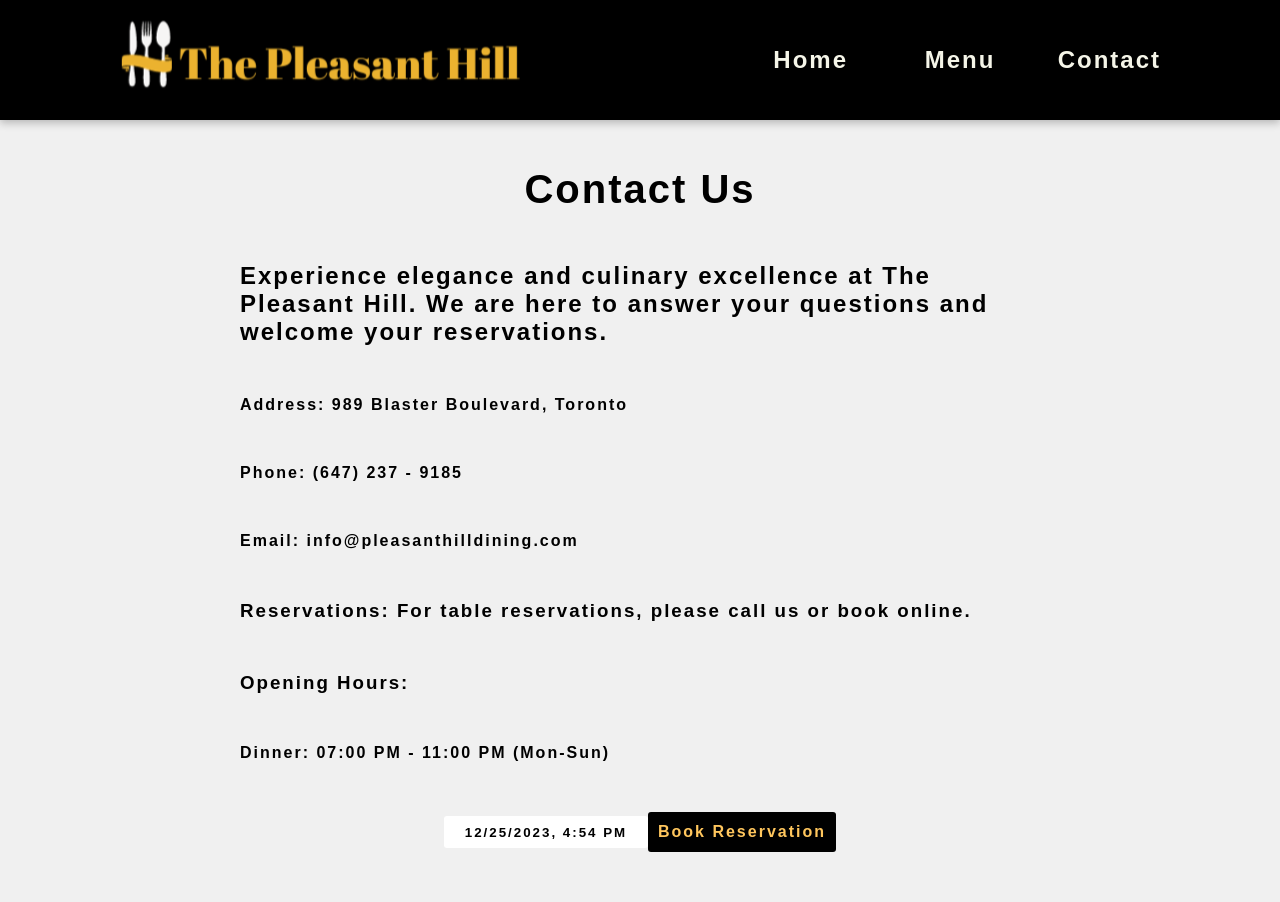
Repository: shayanabedi98/pleasant-hill-restaurant
Page: /, after clicking the first element matching `ul > :nth-child(3)`
The author's editor kept a copy of each file at every save. The page is drawn from the files as they stood at one save, then again after the next save.
The browser window is 1280 px wide. The pictures show the part of the page from y = 0 to 902 px (the page is 1302 px tall).
Pictures or frames that could not be fetched are drawn as grey boxes. Some web fonts or font styles are not loaded; a fallback is used. The project was rebuilt for these pictures with package versions that can differ from the ones it lists, and the page was loaded fresh each time. Also part of the build but not shown: vite.config.js, src/components/MenuList.jsx, src/components/Appetizers.jsx, src/components/Entrees.jsx, src/components/Desserts.jsx, src/components/Drinks.jsx, src/components/Menu.jsx, src/index.css.

Above is the page before, as saved 2024-01-08 16:56:49.

### index.html
<!doctype html>
<html lang="en">
  <head>
    <meta charset="UTF-8" />
    <link rel="icon" type="image/svg+xml" href="/vite.svg" />
    <meta name="viewport" content="width=device-width, initial-scale=1.0" />
    <link rel="preconnect" href="https://fonts.googleapis.com">
    <link rel="preconnect" href="https://fonts.gstatic.com" crossorigin>
    <link href="https://fonts.googleapis.com/css2?family=Italiana&display=swap" rel="stylesheet">
    <title></title>
  </head>
  <body>
    <div id="root"></div>
    <script type="module" src="/src/main.jsx"></script>
  </body>
</html>

### src/App.jsx
import { useState } from "react";
import Contact from "./components/Contact";
import Home from "./components/Home";
import Menu from "./components/Menu";
import Navbar from "./components/Navbar";
import "./App.css";

function App() {
  const [activeDiv, setActiveDiv] = useState({
    home: true,
    menu: false,
    contact: false,
  });

  const renderDiv = (clickedItem) => {
    setActiveDiv({
      home: clickedItem === 'home',
      menu: clickedItem === 'menu',
      contact: clickedItem === 'contact'
    })
  }

  return (
    <>
      <Navbar onClick={renderDiv} />
      {activeDiv.home && <Home />}
      {activeDiv.menu && <Menu />}
      {activeDiv.contact && <Contact />}
    </>
  );
}

export default App;

### src/components/Contact.jsx
import React, { useState } from "react";
import DatePicker from "react-datepicker";
import "react-datepicker/dist/react-datepicker.css";

const Contact = () => {
  const [startDate, setStartDate] = useState(new Date());

  const startOfDay = new Date();
  startOfDay.setHours(19, 0, 0, 0);
  const endOfDay = new Date();
  endOfDay.setHours(23, 0, 0, 0);

  return (
    <div className="contact">
      <h1>Contact Us</h1>
      <h2>Experience elegance and culinary excellence at The Pleasant Hill. We are here to answer your questions and welcome your reservations.</h2>
      <p>Address: 989 Blaster Boulevard, Toronto</p>
      <p>Phone: (647) 237 - 9185</p>
      <p>Email: info@pleasanthilldining.com</p>
      <h3>Reservations: For table reservations, please call us or book online.</h3>
      <h3>Opening Hours:</h3>
      <p>Dinner: 07:00 PM - 11:00 PM (Mon-Sun)</p>
      <DatePicker
        selected={startDate}
        onChange={(date) => setStartDate(date)}
        minDate={startDate}
        minTime={startOfDay}
        maxTime={endOfDay}
        showTimeSelect
        dateFormat="Pp"
      />
      <button>Book Reservation</button>
      <div className="iframe-div">
        <iframe
          className="map"
          src="https://www.google.com/maps/embed?pb=!1m18!1m12!1m3!1d721.6078904512414!2d-79.3904640303319!3d43.65999366841537!2m3!1f0!2f0!3f0!3m2!1i1024!2i768!4f13.1!3m3!1m2!1s0x882b34b7cf806435%3A0x842c90518fb9fea1!2s109%20College%20St%2C%20Toronto%2C%20ON%20M5G%201L6!5e0!3m2!1sen!2sca!4v1703711320331!5m2!1sen!2sca"
          width="800"
          height="400"
          style={{ border: 0 }}
        ></iframe>
      </div>
    </div>
  );
};

export default Contact;

### src/components/Home.jsx
import React from 'react'
import aboutImg from '../assets/about.jpg'
import toronto from '../assets/toronto.jpg'
import '../assets/banner.jpg'

const Home = () => {
  return (
    <div className='home'>
      <div className='banner-content'>
        <h1>Dine in luxury at The Pleasant Hill</h1>
        <div className='banner-buttons'>
          <button>View Menu</button>
          <button>Book Reservation</button>
        </div>
      </div>
      <div className="about">
        <div className='about1'>
          <img src={aboutImg} alt="zoomed in picture of a dining table with utensils" />
          <h2>Indulge in the Epitome of Gastronomic Luxury at The Pleasant Hill, Toronto's premier dining establishment where every dish promises an adventure for the senses. Experience the pinnacle of culinary artistry in the heart of Ontario. Each dish is a masterpiece, composed of the finest locally-sourced ingredients and presented with the elegance worthy of royalty.</h2>
        </div>

        <div className="about2">
          <p>Nestled in the heart of Toronto, Ontario, The Pleasant Hill offers an oasis of culinary refinement in a world bustling with activity. This luxurious haven of gastronomy is not just a restaurant; it is a destination where the art of fine dining is celebrated, and every meal is an exquisite journey. With its opulent ambiance, The Pleasant Hill invites patrons to indulge in a symphony of flavors crafted by world-renowned chefs. Our sommelier-curated wine selection complements the epicurean delights, featuring rare vintages and sought-after labels from the most esteemed vineyards. At The Pleasant Hill, we believe that a meal should be a cherished moment, a time to savor the luxuries that life has to offer. We take pride in creating an unforgettable experience that begins with a warm welcome and lingers long after the last decadent dessert is enjoyed. Come, be our guest and immerse yourself in the pinnacle of Toronto's dining scene.</p>
          <img src={toronto} alt="Toronto skyline" />
        </div>
      </div>
    </div>
  )
}

export default Home

### src/components/Navbar.jsx
import React from "react";
import logo from "../assets/logo2.png";

const Navbar = ({ onClick }) => {
  return (
    <div className="navbar">
      <img src={logo} alt="" />
      <ul>
        <li onClick={() => onClick("home")}>Home</li>
        <li onClick={() => onClick("menu")}>Menu</li>
        <li onClick={() => onClick("contact")}>Contact</li>
      </ul>
    </div>
  );
};

export default Navbar;

### src/App.css
* {
  font-family: "Italiana", sans-serif;
  font-weight: 600;
  letter-spacing: 2px;
}

body {
  padding: 0px;
  margin: 0px;
}

.navbar {
  background-color: black;
  display: grid;
  grid-template-columns: 1fr 1fr;
  place-items: center;
  align-content: center;
  height: 120px;
  box-shadow: rgba(0, 0, 0, 0.24) 0px 3px 8px;
  z-index: 2;
  position: fixed;
  width: 100%;
  top: 0;
}

.navbar ul li {
  list-style: none;
  font-size: 24px;
  text-align: center;
  color: rgb(245, 245, 232);
  background-color: black;
}

.navbar ul {
  display: grid;
  width: 70%;
  grid-template-columns: 1fr 1fr 1fr;
  padding: 0px;
  margin: 0px;
}

.navbar ul li:hover {
  cursor: pointer;
  background-color: #aa9c66;
}

.banner-content {
  background: url("./assets/banner.jpg");
  background-attachment: fixed;
  height: 980px;
  display: grid;
  place-items: center;
}

.banner-content h1 {
  position: relative;
  top: 200px;
  font-size: 70px;
  color: #ffffff;
}

.banner-buttons {
  position: relative;
  top: -150px;
  display: grid;
  grid-template-columns: 1fr 1fr;
  gap: 50px;
}

.banner-buttons button {
  width: 170px;
  height: 70px;
  font-size: 20px;
  border: none;
  background-color: #aa9c66;
  color: #ffffff;
  cursor: pointer;
  box-shadow: rgba(50, 50, 93, 0.25) 0px 13px 27px -5px,
    rgba(0, 0, 0, 0.3) 0px 8px 16px -8px;
}

.about {
  box-shadow: rgba(0, 0, 0, 0.1) 0px 4px 6px -1px,
    rgba(0, 0, 0, 0.06) 0px 2px 4px -1px;
  width: 1220px;
  margin: 70px auto;
  padding: 40px;
  text-align: start;
  background-color: #f0f0f0;
}

.about1,
.about2 {
  display: grid;
  grid-template-columns: 1fr 1fr;
  place-items: center;
  width: 1200px;
  margin: 70px auto;
  padding: 25px;
  line-height: 35px;
}

.about img {
  height: 550px;
  width: 550px;
  object-fit: cover;
}

.menu {
  background-color: #f0f0f0;
  width: 1220px;
  padding: 40px;
  margin: 120px auto;
  box-shadow: rgba(0, 0, 0, 0.1) 0px 4px 6px -1px,
    rgba(0, 0, 0, 0.06) 0px 2px 4px -1px;
}

.card-container {
  display: grid;
  gap: 20px;
  grid-template-columns: repeat(3, 1fr);
  place-items: center;
  color: #aa9c66;
  width: 1200px;
  margin: auto;
}

.menu-imgs {
  width: 300px;
  margin: 30px 30px 30px 30px;
  border-radius: 5%;
}

.menu-desc {
  text-align: center;
  font-weight: 600;
  padding-left: 20px;
  padding-right: 20px;
}

.menu-names {
  font-size: 25px;
  text-decoration: underline;
  color: rgb(158, 152, 96);
}

.card {
  width: 370px;
  min-height: 400px;
  cursor: pointer;
  box-shadow: 0 13px 27px -5px hsla(240, 30.1%, 28%, 0.25),
    0 8px 16px -8px hsla(0, 0%, 0%, 0.3), 0 -6px 16px -6px hsla(0, 0%, 0%, 0.03);
  transition: all ease 200ms;
  display: grid;
  place-items: center;
  grid-template-rows: 1fr 0.3fr 0.3fr;
  background-color: black;
  border-radius: 1rem;
  overflow: hidden;
}

.card:hover {
  cursor: pointer;
  transform: scale(1.03);
  box-shadow: 0 13px 40px -5px hsla(240, 30.1%, 28%, 0.12),
    0 8px 32px -8px hsla(0, 0%, 0%, 0.14),
    0 -6px 32px -6px hsla(0, 0%, 0%, 0.02);
}

.menu-desc,
.menu-names {
  background-color: black;
}

.menu h2 {
  text-align: center;
  font-size: 35px;
  margin: 60px 0 60px 0;
}

.menu h1 {
  text-align: center;
  font-size: 40px;
}

.menu-top-p {
  text-align: center;
  font-size: 23px;
  width: 1200px;
  margin: 70px auto;
}

.contact {
  background-color: #f0f0f0;
  width: 1200px;
  margin: 100px auto;
  height: 730px;
  padding: 40px;
  text-align: center;
}

.contact h1 {
  text-align: center;
  width: 1200px;
  font-size: 40px;
}

.contact p,
.contact h2,
.contact h3 {
  text-align: start;
  width: 800px;
  margin: 50px auto;
}

.react-datepicker {
  border: none;
  border-radius: 10px;
  box-shadow: 0 4px 8px rgba(0, 0, 0, 0.1);
}

.contact input {
  width: 200px;
  height: 30px;
  border: none;
  border-radius: 3px;
  text-align: center;
  font-family: sans-serif;
}

.react-datepicker__header {
  background-color: #4a90e2;
  color: white;
}

.react-datepicker__day-name {
  color: #333;
}
.react-datepicker__day,
.react-datepicker__day-name {
  width: 2.5rem;
  line-height: 2.5rem;
  margin: 0.166rem;
  border-radius: 50%;
}

.react-datepicker__day--selected {
  background-color: #c2ab4f;
  color: white;
}

.react-datepicker__day:hover {
  background-color: #aa9c66;
}

.react-datepicker__time-container {
  width: 120px;
}

.react-datepicker__time-box {
  width: 120px !important;
}

.contact button {
  height: 40px;
  cursor: pointer;
  border: none;
  background-color: black;
  color: rgb(255, 198, 93);
  font-size: 16px;
  padding: 10px;
  border-radius: 3px;
}

.iframe-div {
  margin: 50px auto;
  display: flex;
  justify-content: center;
  align-items: center;
  height: 400px;
}

@media only screen and (max-width: 1300px) {
  .about {
    width: 100%;
    padding: 0;
  }

  .about1,
  .about2 {
    grid-template-rows: 1fr 1fr;
    grid-template-columns: none;
  }

  .about1 {
    margin: 0;
    padding-top: 50px;
  }

  .about1 img {
    width: 500px;
    height: 300px;
  }

  .about1 h2 {
    font-size: 20px;
    margin: 50px 40px 40px 40px;
    text-align: center;
  }

  .about2 img {
    order: -1;
    width: 600px;
    height: 400px;
  }

  .about2 p {
    text-align: center;
    font-size: 15px;
  }

  .banner-content {
    width: 100%;
  }

  .home {
    width: 100%;
  }

  .home h1 {
    font-size: 45px;
  }

  .banner-buttons button {
    width: 170px;
  }
}

Loaded but not shown: src/main.jsx (common file)

After the next save:
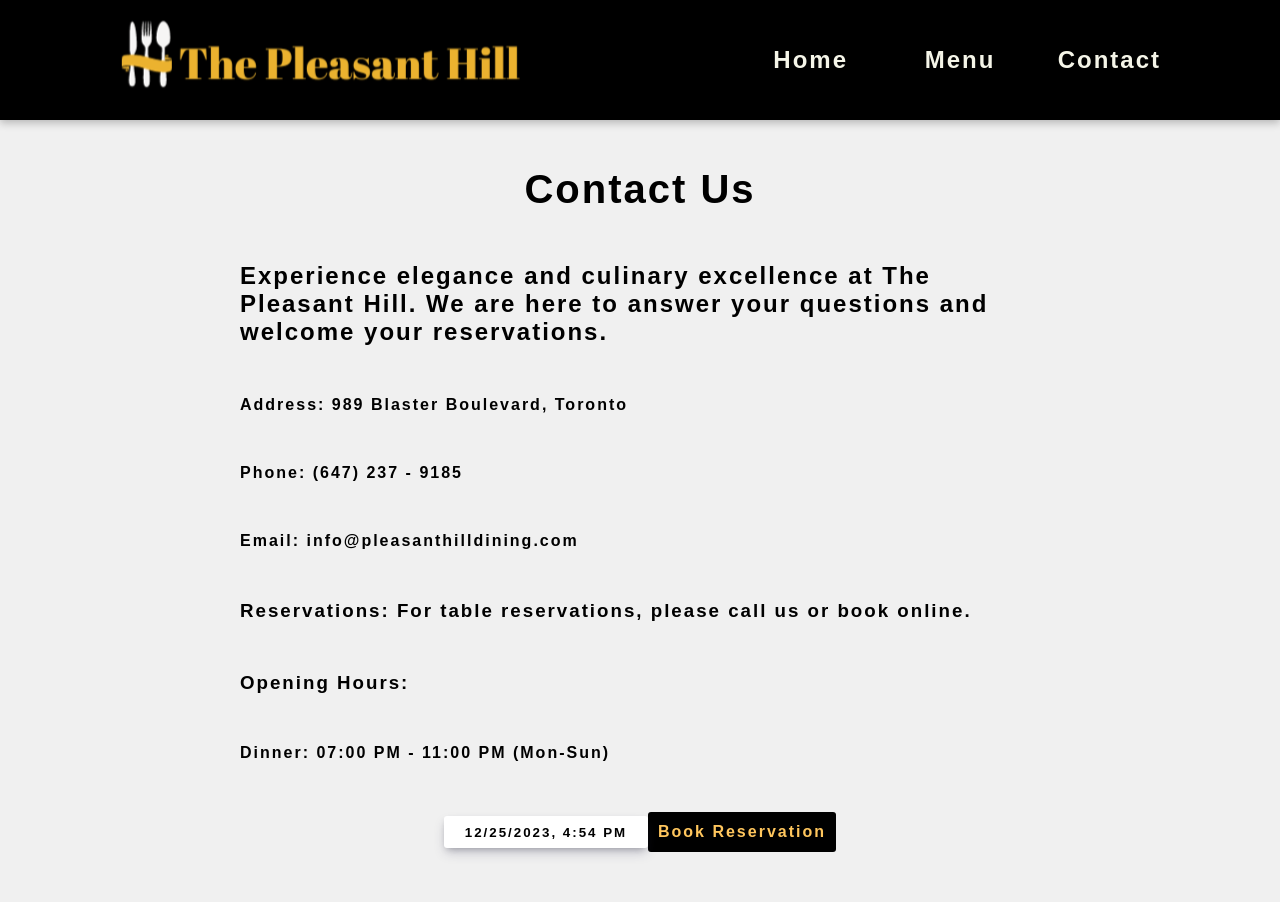
Saved 33 s later.
--- a/src/App.css
+++ b/src/App.css
@@ -224,6 +224,7 @@ body {
   height: 30px;
   border: none;
   border-radius: 3px;
+  box-shadow: rgba(50, 50, 93, 0.25) 0px 6px 12px -2px, rgba(0, 0, 0, 0.3) 0px 3px 7px -3px;
   text-align: center;
   font-family: sans-serif;
 }
